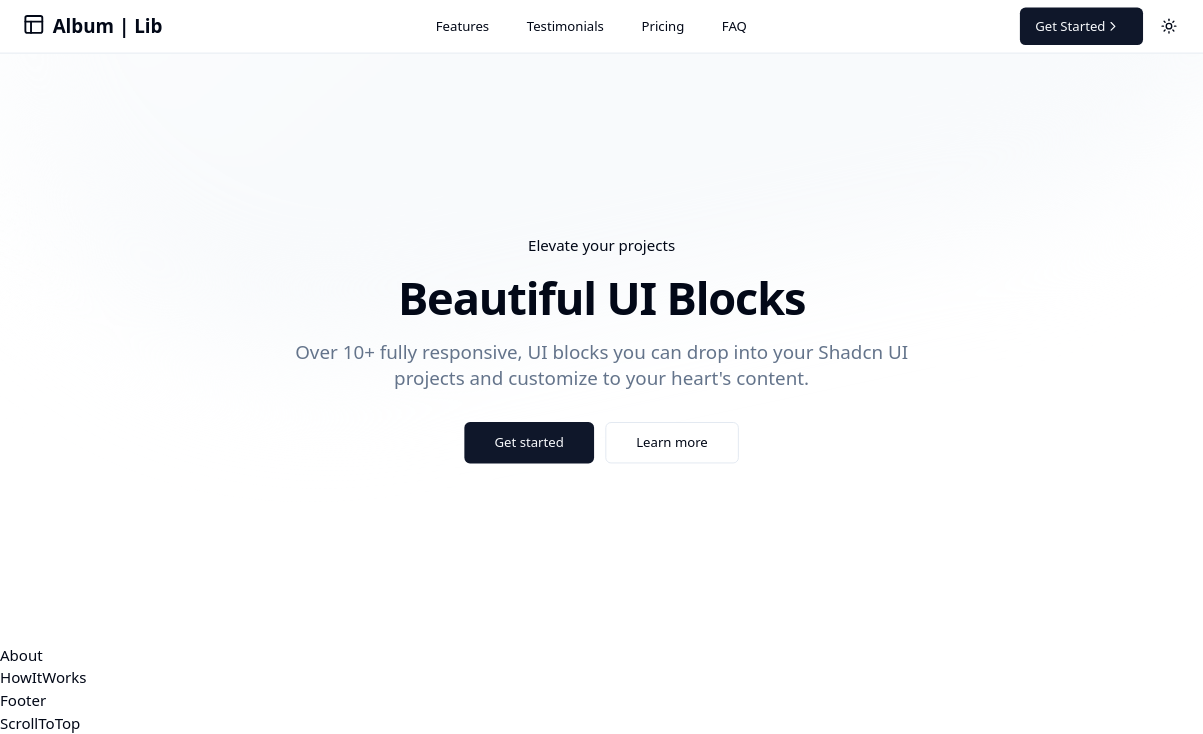
Repository: DevLaukey/savannah-informatics-test
Page: /
These files come from the project's save history. The page is drawn as it stood at one moment and after the next save; the edit follows.
The browser window is 1280 px wide. The pictures show the whole page, at 94% of full size.
The project was rebuilt for these pictures with package versions that can differ from the ones it lists, and the page was loaded fresh each time. The framework's server and built-in components were replaced by stand-ins that run in the browser. Also part of the build but not shown: next.config.mjs, components/ui/avatar.jsx, components/ui/badge.jsx, components/ui/card.jsx, components/landing-page/LightBulbIcon.jsx, components/landing-page/HeroCards.jsx.

Above is the page before, as saved 2024-06-04 22:13:36.

After the next save:
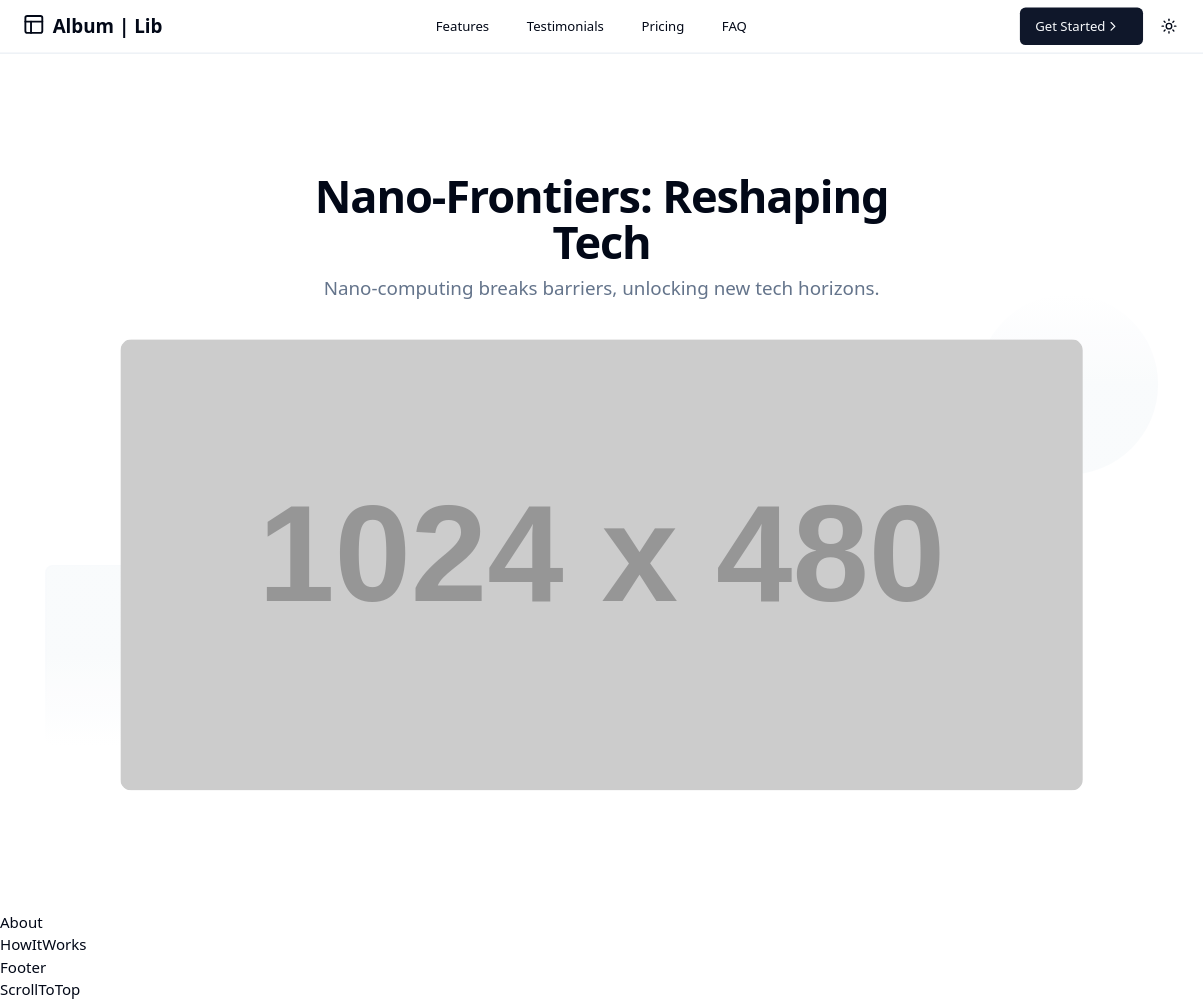
Saved 64 s later.
--- a/components/landing-page/Hero.jsx
+++ b/components/landing-page/Hero.jsx
@@ -7,40 +7,26 @@ const Hero = () => {
     <>
       {/* Hero */}
       <div className="relative overflow-hidden py-24 lg:py-32">
-        {/* Gradients */}
-        <div
-          aria-hidden="true"
-          className="flex absolute -top-96 start-1/2 transform -translate-x-1/2"
-        >
-          <div className="bg-gradient-to-r from-background/50 to-background blur-3xl w-[25rem] h-[44rem] rotate-[-60deg] transform -translate-x-[10rem]" />
-          <div className="bg-gradient-to-tl blur-3xl w-[90rem] h-[50rem] rounded-full origin-top-left -rotate-12 -translate-x-[15rem] from-primary-foreground via-primary-foreground to-background" />
-        </div>
-        {/* End Gradients */}
-        <div className="relative z-10">
-          <div className="container py-10 lg:py-16">
-            <div className="max-w-2xl text-center mx-auto">
-              <p className="">Elevate your projects</p>
-              {/* Title */}
-              <div className="mt-5 max-w-2xl">
-                <h1 className="scroll-m-20 text-4xl font-extrabold tracking-tight lg:text-5xl">
-                  Beautiful UI Blocks
-                </h1>
-              </div>
-              {/* End Title */}
-              <div className="mt-5 max-w-3xl">
-                <p className="text-xl text-muted-foreground">
-                  Over 10+ fully responsive, UI blocks you can drop into your
-                  Shadcn UI projects and customize to your heart&apos;s content.
-                </p>
-              </div>
-              {/* Buttons */}
-              <div className="mt-8 gap-3 flex justify-center">
-                <Button size={"lg"}>Get started</Button>
-                <Button size={"lg"} variant={"outline"}>
-                  Learn more
-                </Button>
-              </div>
-              {/* End Buttons */}
+        <div className="container">
+          <div className="max-w-2xl text-center mx-auto">
+            <h1 className="scroll-m-20 text-4xl font-extrabold tracking-tight lg:text-5xl">
+              Nano-Frontiers: Reshaping Tech
+            </h1>
+            <p className="mt-3 text-xl text-muted-foreground">
+              Nano-computing breaks barriers, unlocking new tech horizons.
+            </p>
+          </div>
+          <div className="mt-10 relative max-w-5xl mx-auto">
+            <img
+              src="https://placehold.co/1024x480"
+              className="rounded-xl"
+              alt="Image Description"
+            />
+            <div className="absolute bottom-12 -start-20 -z-[1] w-48 h-48 bg-gradient-to-b from-primary-foreground via-primary-foreground to-background p-px rounded-lg">
+              <div className="w-48 h-48 rounded-lg bg-background/10" />
+            </div>
+            <div className="absolute -top-12 -end-20 -z-[1] w-48 h-48 bg-gradient-to-t from-primary-foreground via-primary-foreground to-background p-px rounded-full">
+              <div className="w-48 h-48 rounded-full bg-background/10" />
             </div>
           </div>
         </div>
